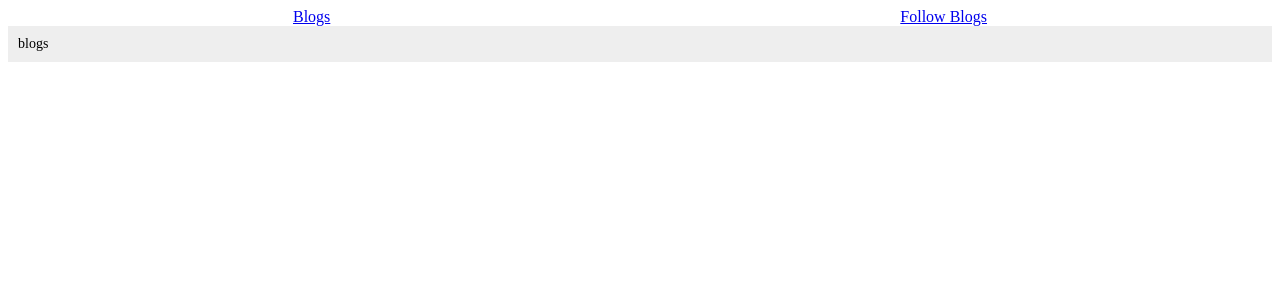
Repository: bhumikagohil/announcements
Page: blogs_home/blogs_home.html
An editor plug-in stored every save of this project. The page is shown before and after the next save, followed by the edit.
The browser window is 1280 px wide. The pictures show the whole page.

Above is the page before, as saved 2021-05-31 15:26:41.

After the next save:
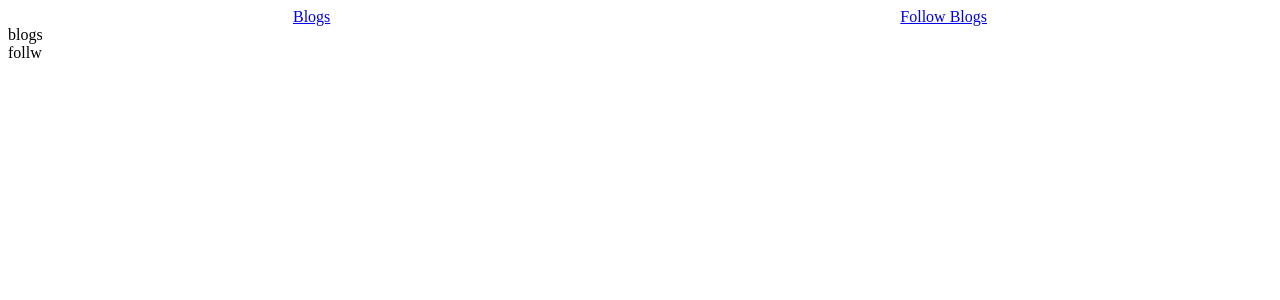
Saved 37 s later.
--- a/blogs_home/blogs_home.css
+++ b/blogs_home/blogs_home.css
@@ -1,11 +1,11 @@
-.tab-panel {
+.content {
   display: none;
   background-color: #eee;
   padding: 10px;
   font-size: 14px;
 }
 
-.tab-panel.active {
+.content.active {
   display: block;
 }
 

After the save that followed:
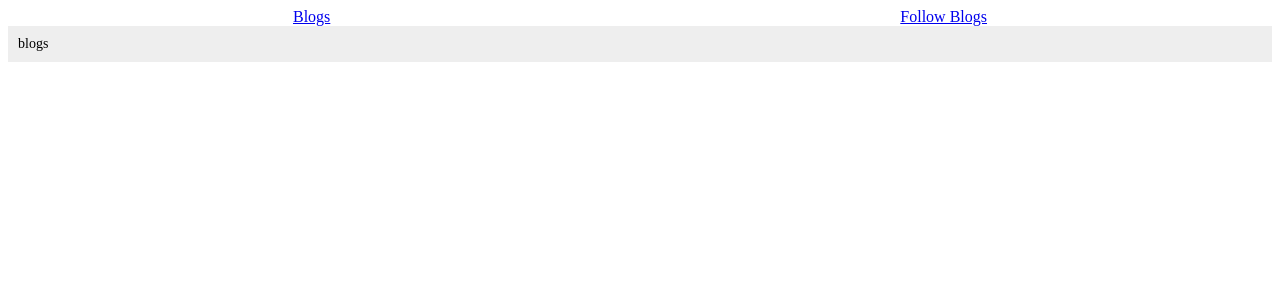
Saved 14 s later.
--- a/blogs_home/blogs_home.html
+++ b/blogs_home/blogs_home.html
@@ -30,14 +30,14 @@
         <div class="tab-content">
 
             <!-- MY ANNOUNCEMENTS  -->
-            <div class="tab-panel active" id="blogs">
+            <div class="content active" id="blogs">
 
                 blogs
 
             </div>
 
             <!-- DISCOVER  ANNOUNCEMENTS -->
-            <div class="tab-panel" id="follow_blogs">
+            <div class="content" id="follow_blogs">
 
                 follw
             </div>
